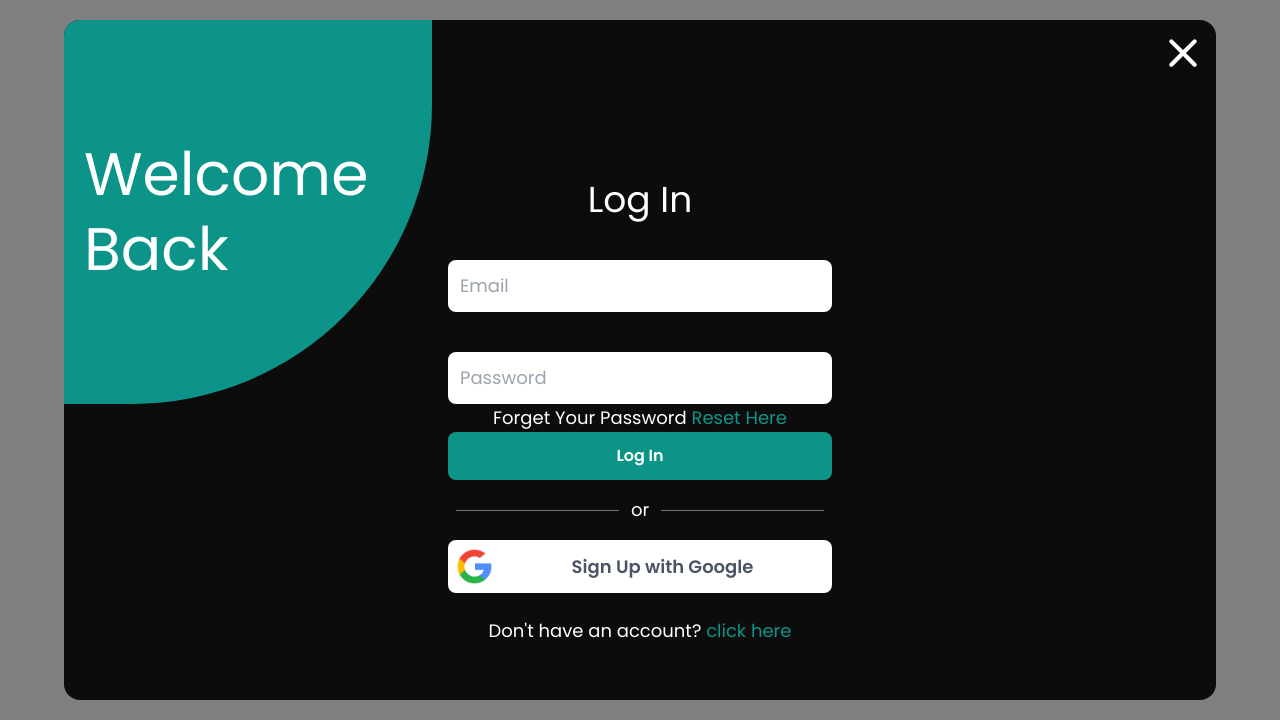
Repository: Ahmed77669/GT-Exams
Page: /
These files come from the project's save history. The page is drawn as it stood at one moment and after the next save; the edit follows.
The browser window is 1280 px wide. The pictures show the whole page.
The project was rebuilt for these pictures with package versions that can differ from the ones it lists, and the page was loaded fresh each time. The framework's server and built-in components were replaced by stand-ins that run in the browser. Also part of the build but not shown: next.config.mjs.

Above is the page before, as saved 2024-10-04 21:20:58.

### app/page.tsx
'use client'
import Login from "@/components/login";
import NavBarHome from "@/components/Navbar";
import Signup from "@/components/signup";
import Image from "next/image";

export default function Home() {
  return (
    <main>
<div className="fixed top-0 left-0 w-full h-full bg-black bg-opacity-50 flex justify-center items-center z-[1000]">
<div className="p-5 rounded-lg max-w-[1600px] w-full">
      <Login/>
      </div>
      </div>
          </main>
  );
}

### components/login.tsx
import React, { useState } from 'react';
import { Poppins } from "next/font/google";
import { CloseRounded } from '@mui/icons-material';
import { IconButton } from '@mui/material';
import google from '@/public/google.png';
import Image from 'next/image';
import { useRouter } from 'next/navigation';
import { motion } from 'framer-motion';


const poppins = Poppins({
  subsets: ["latin"],
  weight: ["100", "200", "300", "400", "500", "600", "700"],
});

interface LoginProps {
  closeSignup: () => void;
  toggleForm: (formType: 'signup' | 'resetPassword') => void;
}

const pageVariants = {
  hidden: { opacity: 0, y: -20 },
  visible: { opacity: 1, y: 0, transition: { duration: 0.7 } },
};

const Login: React.FC<LoginProps> = ({ closeSignup, toggleForm }) => {
  const route = useRouter();

  const handleSubmit = (event: React.FormEvent) => {
    event.preventDefault();
    route.push('./home');
  };




  return (
    <motion.div variants={pageVariants} initial="hidden" animate="visible">
      <section className={poppins.className}>
        <div className="flex justify-center items-center h-screen ">
          <div className="bg-black/90 w-full max-w-6xl rounded-2xl min-h-[680px]">
            <div className="grid md:grid-cols-3 gap-6 text-white">
              <div className="bg-teal-600 w-full h-96 rounded-tl-2xl rounded-br-[300px] flex items-center">
                <h1 className="text-6xl ml-5 leading-[1.25]">Welcome Back</h1>
              </div>
              <div className="flex flex-col items-center justify-center mt-40">
                <p className="text-center mb-10 text-4xl">Log In</p>
                <form className="flex flex-col items-center" onSubmit={handleSubmit}>
                  <input
                    type="email"
                    name="email"
                    className="text-field w-96 text-lg p-3 mb-10 rounded-lg text-black"
                    placeholder="Email"
                    required
                  />
                  <input
                    type="password"
                    name="password"
                    className="text-field w-96 text-lg p-3  rounded-lg text-black"
                    placeholder="Password"
                    required
                  />
                                    <p className="text-lg">
                    Forget Your Password{" "}
                    <span
                      className="text-teal-600 cursor-pointer"
                      onClick={() => toggleForm("signup")}
                    >
                      Reset Here
                    </span>
                  </p>
                  <button className="w-96 bg-teal-600 text-white p-3 rounded-lg hover:opacity-90 font-semibold">
                    Log In
                  </button>
                </form>
                <div className="flex items-center mt-4 w-full">
                  <hr className="flex-1 border-t border-gray-500" />
                  <p className="mx-3 text-lg">or</p>
                  <hr className="flex-1 border-t border-gray-500" />
                </div>
                <div className="flex justify-center mt-4">
                  <button className="w-96 bg-white text-gray-600 p-1 rounded-lg flex items-center hover:opacity-90">
                    <Image src={google} alt="google icon" width={45} />
                    <span className="flex-1 text-center text-lg font-semibold">Sign Up with Google</span>
                  </button>
                </div>
                <div className="text-center mt-6">
                  <p className="text-lg">
                    Don't have an account?{" "}
                    <span
                      className="text-teal-600 cursor-pointer"
                      onClick={() => toggleForm("signup")}
                    >
                      click here
                    </span>
                  </p>
                </div>
              </div>
              <div className="flex justify-end  items-start ">
                <IconButton aria-label="close" onClick={closeSignup} className="m-5">
                  <CloseRounded className="text-white" style={{ fontSize: "50px" }} />
                </IconButton>
              </div>
            </div>
          </div>
        </div>
      </section>
    </motion.div>
  );
};

export default Login;

Loaded but not shown: app/layout.tsx (common file); app/globals.css (common file); tailwind.config.ts (common file)

After the next save:
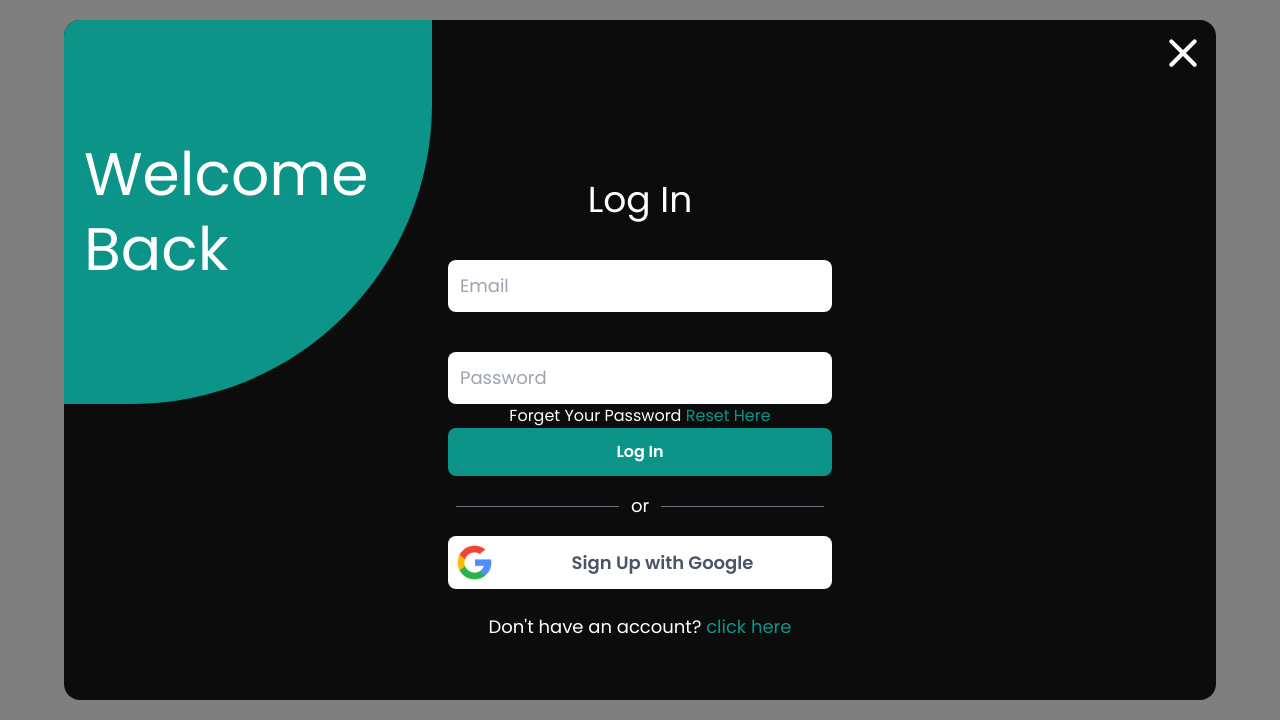
Saved 38 s later.
--- a/components/login.tsx
+++ b/components/login.tsx
@@ -60,7 +60,8 @@ const Login: React.FC<LoginProps> = ({ closeSignup, toggleForm }) => {
                     placeholder="Password"
                     required
                   />
-                                    <p className="text-lg">
+                  <div>
+                                    <p className="text-m">
                     Forget Your Password{" "}
                     <span
                       className="text-teal-600 cursor-pointer"
@@ -69,6 +70,7 @@ const Login: React.FC<LoginProps> = ({ closeSignup, toggleForm }) => {
                       Reset Here
                     </span>
                   </p>
+                  </div>
                   <button className="w-96 bg-teal-600 text-white p-3 rounded-lg hover:opacity-90 font-semibold">
                     Log In
                   </button>
